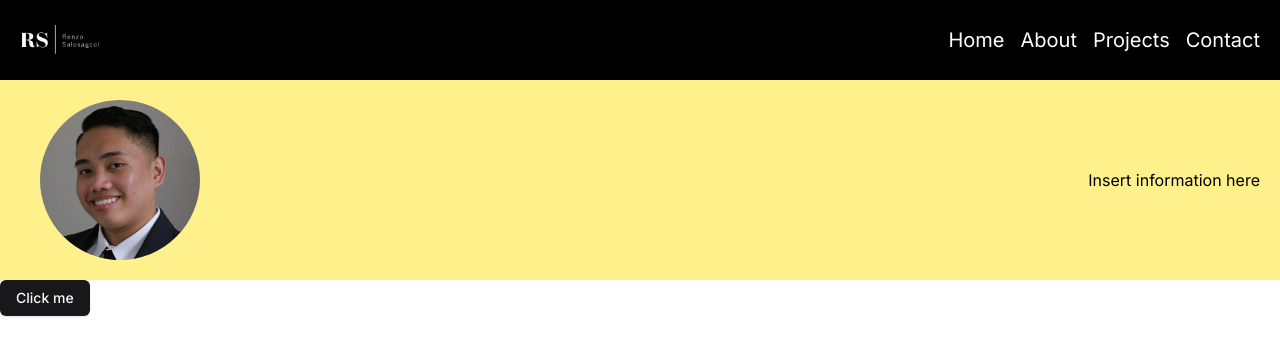
Repository: Renzo-Salosagcol/Portfolio-Website
Page: / (app in resume_website/)
These files come from the project's save history. The page is drawn as it stood at one moment and after the next save; the edit follows.
The browser window is 1280 px wide. The pictures show the whole page.
The project was rebuilt for these pictures with package versions that can differ from the ones it lists, and the page was loaded fresh each time. Also part of the build but not shown: resume_website/vite.config.js.

Above is the page before, as saved 2024-12-10 14:15:42.

### resume_website/index.html
<!doctype html>
<html lang="en">
  <head>
    <meta charset="UTF-8" />
    <link rel="icon" type="image/svg+xml" href="/vite.svg" />
    <meta name="viewport" content="width=device-width, initial-scale=1.0" />
    <title>Renzo Salosagcol</title>
  </head>
  <body>
    <div id="root"></div>
    <script type="module" src="/src/main.jsx"></script>
  </body>
</html>

### resume_website/src/index.css
@import url('https://fonts.googleapis.com/css2?family=Inter:opsz,wght@14..32,100..900&family=Roboto:wght@400;500;700&display=swap');

@tailwind base;
@tailwind components;
@tailwind utilities;

:root {
  font-family: "Inter", sans-serif;
}

### resume_website/src/App.jsx
import Nav from './components/Nav'
import Hero from "./components/Hero";
import { Button } from "@/components/ui/button"

const App = () => {
  return (
    <div className="text-white">
      <div class="fixed h-full w-full bg-blue"><div class="absolute bottom-0 left-0 right-0 top-0 bg-[url(&#x27;/noise.png&#x27;)] bg-[size:300px_300px] bg-left-top"></div>
      </div>
      <nav className="fixed block w-full h-20 top-0">
        <Nav />
      </nav>
      <main className="mt-20">
        <Hero />
        <Button>Click me</Button>
      </main>
      <footer>

      </footer>
    </div>
  )
}

export default App;

### resume_website/src/components/Nav.jsx
import logoImage from "../assets/InitialPortfolioLogo.png";

const Nav = () =>{
  return (
    <nav className="flex items-center bg-black w-full justify-between h-10 py-10 top-0">
      <div className="mx-5 flex flex-shrink-0 items-center">
        <img  className="w-20 h-15" src={ logoImage } alt="logo"/>
      </div>
      <ul className="mx-5 flex text-white items-center justify-items-center gap-4 text-xl">
        <li className="hover:underline cursor-pointer">Home</li>
        <li className="hover:underline cursor-pointer">About</li>
        <li className="hover:underline cursor-pointer">Projects</li>
        <li className="hover:underline cursor-pointer">Contact</li>
      </ul>
    </nav>
  )
}

export default Nav;

### resume_website/src/components/Hero.jsx
import profilePic from "../assets/ProfilePic.png";

const Hero = () => {
  return (
    <div className="bg-yellow-200 text-black w-full flex items-center justify-between p-5">
      <img src={ profilePic } alt="profile" className="w-50 h-40 rounded-full mx-5"/>
      <div className="justify-items-start">
        Insert information here
      </div>
    </div>
  );
};

export default Hero;

### resume_website/src/components/ui/button.jsx
import * as React from "react"
import { Slot } from "@radix-ui/react-slot"
import { cva } from "class-variance-authority";

import { cn } from "@/lib/utils"

const buttonVariants = cva(
  "inline-flex items-center justify-center gap-2 whitespace-nowrap rounded-md text-sm font-medium transition-colors focus-visible:outline-none focus-visible:ring-1 focus-visible:ring-zinc-950 disabled:pointer-events-none disabled:opacity-50 [&_svg]:pointer-events-none [&_svg]:size-4 [&_svg]:shrink-0 dark:focus-visible:ring-zinc-300",
  {
    variants: {
      variant: {
        default:
          "bg-zinc-900 text-zinc-50 shadow hover:bg-zinc-900/90 dark:bg-zinc-50 dark:text-zinc-900 dark:hover:bg-zinc-50/90",
        destructive:
          "bg-red-500 text-zinc-50 shadow-sm hover:bg-red-500/90 dark:bg-red-900 dark:text-zinc-50 dark:hover:bg-red-900/90",
        outline:
          "border border-zinc-200 bg-white shadow-sm hover:bg-zinc-100 hover:text-zinc-900 dark:border-zinc-800 dark:bg-zinc-950 dark:hover:bg-zinc-800 dark:hover:text-zinc-50",
        secondary:
          "bg-zinc-100 text-zinc-900 shadow-sm hover:bg-zinc-100/80 dark:bg-zinc-800 dark:text-zinc-50 dark:hover:bg-zinc-800/80",
        ghost: "hover:bg-zinc-100 hover:text-zinc-900 dark:hover:bg-zinc-800 dark:hover:text-zinc-50",
        link: "text-zinc-900 underline-offset-4 hover:underline dark:text-zinc-50",
      },
      size: {
        default: "h-9 px-4 py-2",
        sm: "h-8 rounded-md px-3 text-xs",
        lg: "h-10 rounded-md px-8",
        icon: "h-9 w-9",
      },
    },
    defaultVariants: {
      variant: "default",
      size: "default",
    },
  }
)

const Button = React.forwardRef(({ className, variant, size, asChild = false, ...props }, ref) => {
  const Comp = asChild ? Slot : "button"
  return (
    (<Comp
      className={cn(buttonVariants({ variant, size, className }))}
      ref={ref}
      {...props} />)
  );
})
Button.displayName = "Button"

export { Button, buttonVariants }

### resume_website/src/components/ui/navigation-menu.jsx
import * as React from "react"
import * as NavigationMenuPrimitive from "@radix-ui/react-navigation-menu"
import { cva } from "class-variance-authority"
import { ChevronDown } from "lucide-react"

import { cn } from "@/lib/utils"

const NavigationMenu = React.forwardRef(({ className, children, ...props }, ref) => (
  <NavigationMenuPrimitive.Root
    ref={ref}
    className={cn(
      "relative z-10 flex max-w-max flex-1 items-center justify-center",
      className
    )}
    {...props}>
    {children}
    <NavigationMenuViewport />
  </NavigationMenuPrimitive.Root>
))
NavigationMenu.displayName = NavigationMenuPrimitive.Root.displayName

const NavigationMenuList = React.forwardRef(({ className, ...props }, ref) => (
  <NavigationMenuPrimitive.List
    ref={ref}
    className={cn(
      "group flex flex-1 list-none items-center justify-center space-x-1",
      className
    )}
    {...props} />
))
NavigationMenuList.displayName = NavigationMenuPrimitive.List.displayName

const NavigationMenuItem = NavigationMenuPrimitive.Item

const navigationMenuTriggerStyle = cva(
  "group inline-flex h-9 w-max items-center justify-center rounded-md bg-white px-4 py-2 text-sm font-medium transition-colors hover:bg-zinc-100 hover:text-zinc-900 focus:bg-zinc-100 focus:text-zinc-900 focus:outline-none disabled:pointer-events-none disabled:opacity-50 data-[active]:bg-zinc-100/50 data-[state=open]:bg-zinc-100/50 dark:bg-zinc-950 dark:hover:bg-zinc-800 dark:hover:text-zinc-50 dark:focus:bg-zinc-800 dark:focus:text-zinc-50 dark:data-[active]:bg-zinc-800/50 dark:data-[state=open]:bg-zinc-800/50"
)

const NavigationMenuTrigger = React.forwardRef(({ className, children, ...props }, ref) => (
  <NavigationMenuPrimitive.Trigger
    ref={ref}
    className={cn(navigationMenuTriggerStyle(), "group", className)}
    {...props}>
    {children}{""}
    <ChevronDown
      className="relative top-[1px] ml-1 h-3 w-3 transition duration-300 group-data-[state=open]:rotate-180"
      aria-hidden="true" />
  </NavigationMenuPrimitive.Trigger>
))
NavigationMenuTrigger.displayName = NavigationMenuPrimitive.Trigger.displayName

const NavigationMenuContent = React.forwardRef(({ className, ...props }, ref) => (
  <NavigationMenuPrimitive.Content
    ref={ref}
    className={cn(
      "left-0 top-0 w-full data-[motion^=from-]:animate-in data-[motion^=to-]:animate-out data-[motion^=from-]:fade-in data-[motion^=to-]:fade-out data-[motion=from-end]:slide-in-from-right-52 data-[motion=from-start]:slide-in-from-left-52 data-[motion=to-end]:slide-out-to-right-52 data-[motion=to-start]:slide-out-to-left-52 md:absolute md:w-auto",
      className
    )}
    {...props} />
))
NavigationMenuContent.displayName = NavigationMenuPrimitive.Content.displayName

const NavigationMenuLink = NavigationMenuPrimitive.Link

const NavigationMenuViewport = React.forwardRef(({ className, ...props }, ref) => (
  <div className={cn("absolute left-0 top-full flex justify-center")}>
    <NavigationMenuPrimitive.Viewport
      className={cn(
        "origin-top-center relative mt-1.5 h-[var(--radix-navigation-menu-viewport-height)] w-full overflow-hidden rounded-md border border-zinc-200 bg-white text-zinc-950 shadow data-[state=open]:animate-in data-[state=closed]:animate-out data-[state=closed]:zoom-out-95 data-[state=open]:zoom-in-90 md:w-[var(--radix-navigation-menu-viewport-width)] dark:border-zinc-800 dark:bg-zinc-950 dark:text-zinc-50",
        className
      )}
      ref={ref}
      {...props} />
  </div>
))
NavigationMenuViewport.displayName =
  NavigationMenuPrimitive.Viewport.displayName

const NavigationMenuIndicator = React.forwardRef(({ className, ...props }, ref) => (
  <NavigationMenuPrimitive.Indicator
    ref={ref}
    className={cn(
      "top-full z-[1] flex h-1.5 items-end justify-center overflow-hidden data-[state=visible]:animate-in data-[state=hidden]:animate-out data-[state=hidden]:fade-out data-[state=visible]:fade-in",
      className
    )}
    {...props}>
    <div
      className="relative top-[60%] h-2 w-2 rotate-45 rounded-tl-sm bg-zinc-200 shadow-md dark:bg-zinc-800" />
  </NavigationMenuPrimitive.Indicator>
))
NavigationMenuIndicator.displayName =
  NavigationMenuPrimitive.Indicator.displayName

export {
  navigationMenuTriggerStyle,
  NavigationMenu,
  NavigationMenuList,
  NavigationMenuItem,
  NavigationMenuContent,
  NavigationMenuTrigger,
  NavigationMenuLink,
  NavigationMenuIndicator,
  NavigationMenuViewport,
}

Loaded but not shown: resume_website/src/main.jsx (common file); resume_website/src/lib/utils.js (common file); resume_website/tailwind.config.js (common file)

After the next save:
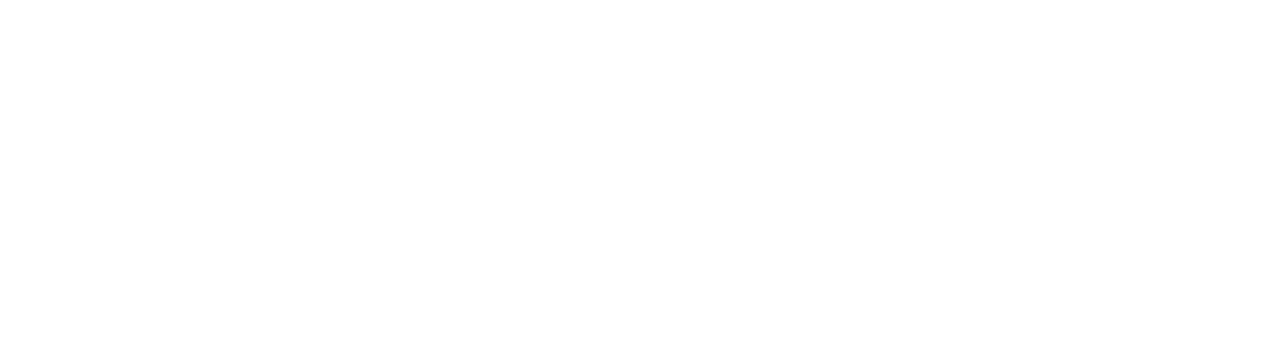
Console error: ReferenceError: Link is not defined
Saved 15 min 57 s later.
--- a/resume_website/src/components/Nav.jsx
+++ b/resume_website/src/components/Nav.jsx
@@ -1,4 +1,16 @@
 import logoImage from "../assets/InitialPortfolioLogo.png";
+import {
+  NavigationMenu,
+  NavigationMenuContent,
+  NavigationMenuIndicator,
+  NavigationMenuItem,
+  NavigationMenuLink,
+  NavigationMenuList,
+  NavigationMenuTrigger,
+  NavigationMenuViewport,
+} from "@/ui/navigation-menu"
+import { navigationMenuTriggerStyle } from "./ui/navigation-menu";
+
 
 const Nav = () =>{
   return (
@@ -6,12 +18,15 @@
       <div className="mx-5 flex flex-shrink-0 items-center">
         <img  className="w-20 h-15" src={ logoImage } alt="logo"/>
       </div>
-      <ul className="mx-5 flex text-white items-center justify-items-center gap-4 text-xl">
-        <li className="hover:underline cursor-pointer">Home</li>
-        <li className="hover:underline cursor-pointer">About</li>
-        <li className="hover:underline cursor-pointer">Projects</li>
-        <li className="hover:underline cursor-pointer">Contact</li>
-      </ul>
+      <NavigationMenu>
+        <NavigationMenuList>
+          <NavigationMenuItem>
+            <Link href="#home">
+              <NavigationMenuLink className={navigationMenuTriggerStyle()}>Home</NavigationMenuLink>
+            </Link>
+          </NavigationMenuItem>
+        </NavigationMenuList>
+      </NavigationMenu>
     </nav>
   )
 }

After the 5 saves that followed:
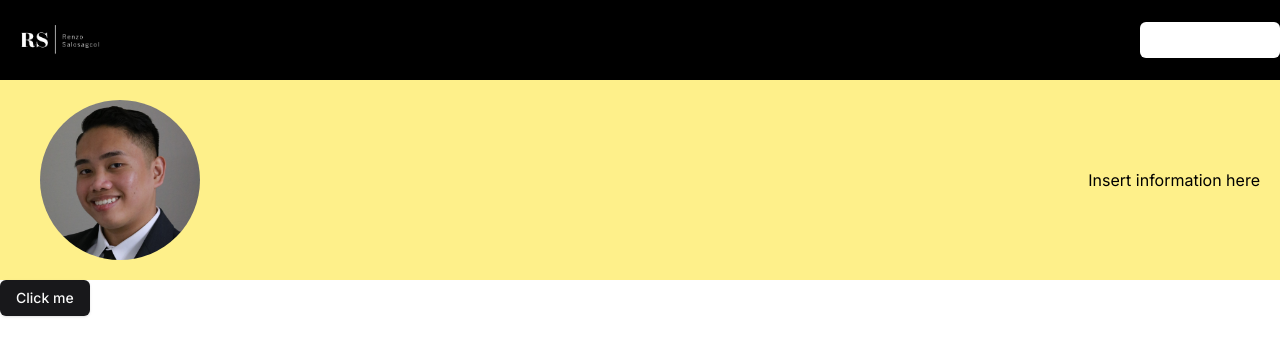
The error is gone.
The 5 saves are shown as one change because 4 left the picture as it was.
The last was saved 6 min 12 s later.
--- a/resume_website/src/components/Nav.jsx
+++ b/resume_website/src/components/Nav.jsx
@@ -8,8 +8,8 @@
   NavigationMenuList,
   NavigationMenuTrigger,
   NavigationMenuViewport,
-} from "@/ui/navigation-menu"
-import { navigationMenuTriggerStyle } from "./ui/navigation-menu";
+} from "../components/ui/navigation-menu";
+import { navigationMenuTriggerStyle } from "../components/ui/navigation-menu";
 
 
 const Nav = () =>{
@@ -21,9 +21,8 @@
       <NavigationMenu>
         <NavigationMenuList>
           <NavigationMenuItem>
-            <Link href="#home">
-              <NavigationMenuLink className={navigationMenuTriggerStyle()}>Home</NavigationMenuLink>
-            </Link>
+            <NavigationMenuTrigger>Home Trigger</NavigationMenuTrigger>
+            <NavigationMenuContent>Home Content</NavigationMenuContent>
           </NavigationMenuItem>
         </NavigationMenuList>
       </NavigationMenu>
